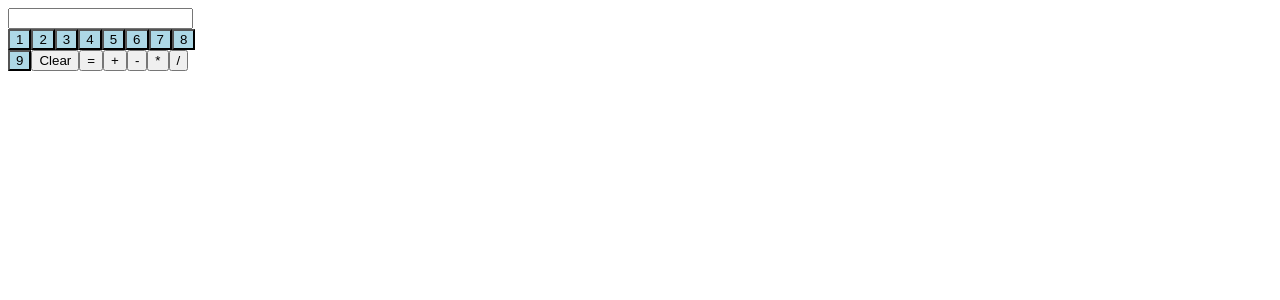
Repository: weazzyefff/Calculator-App
Page: index.html
The author's editor kept a copy of each file at every save. The page is drawn from the files as they stood at one save, then again after the next save.
The browser window is 1280 px wide. The pictures show the whole page.

Above is the page before, as saved 2022-12-16 19:50:15.

After the next save:
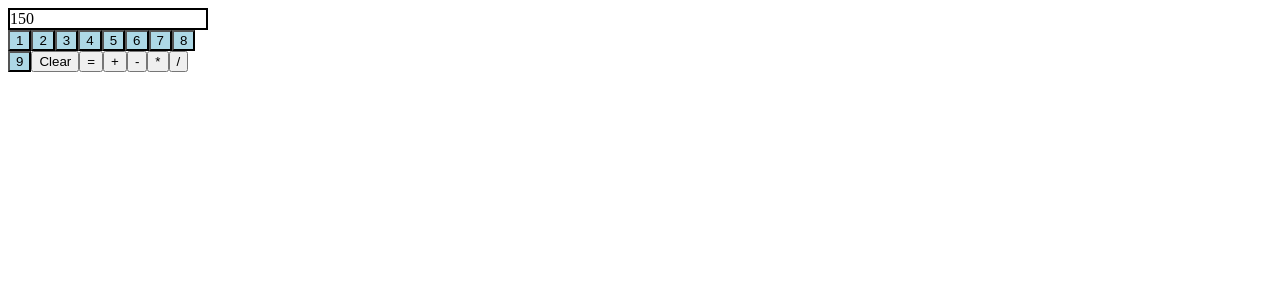
Saved 8 s later.
--- a/index.html
+++ b/index.html
@@ -8,7 +8,7 @@
 </head>
 <body>
     <div class="container">
-        <input>
+        <div class="display">150</div>
         <button type ="input" class="numbtn">1</button>
         <button type ="input" class="numbtn">2</button>
         <button type ="input" class="numbtn">3</button>
